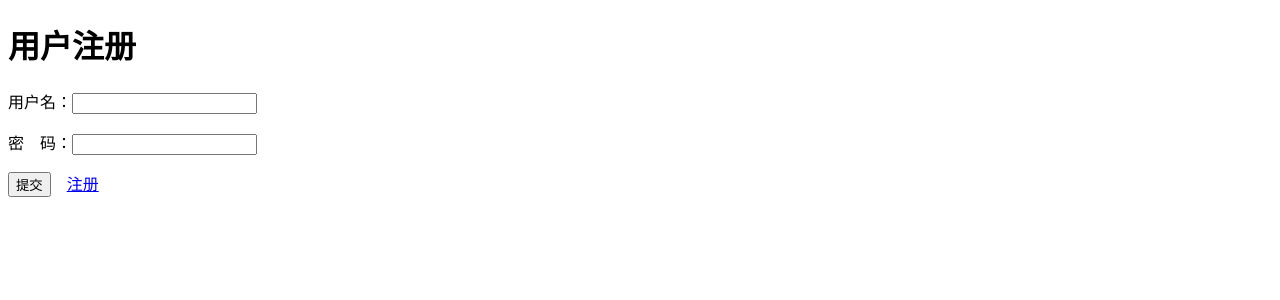
Repository: Nicoleqwerty/2018-
Page: web/hw3/WebContent/register.html
The author's editor kept a copy of each file at every save. The page is drawn from the files as they stood at one save, then again after the next save.
The browser window is 1280 px wide. The pictures show the whole page.

Above is the page before, as saved 2018-07-03 11:35:54.

### web/hw3/WebContent/register.html
<!DOCTYPE html>
<html>
<head>
<meta charset="UTF-8">
<title>Insert title here</title>
</head>
<body>
<h1>用户注册</h1>
<form action="MyServlet" method="post">
			<p align="left">
				用户名：<input name="uname" type="text">
			</p>
			<p align="left">
				密&nbsp;&nbsp;&nbsp;&nbsp;码：<input name="mm" type="password">
			</p>
			<input type="submit" value="提交">
			&nbsp;&nbsp;&nbsp;<a href="register.html" >注册</a>
		</form>
</body>
</html>

After the next save:
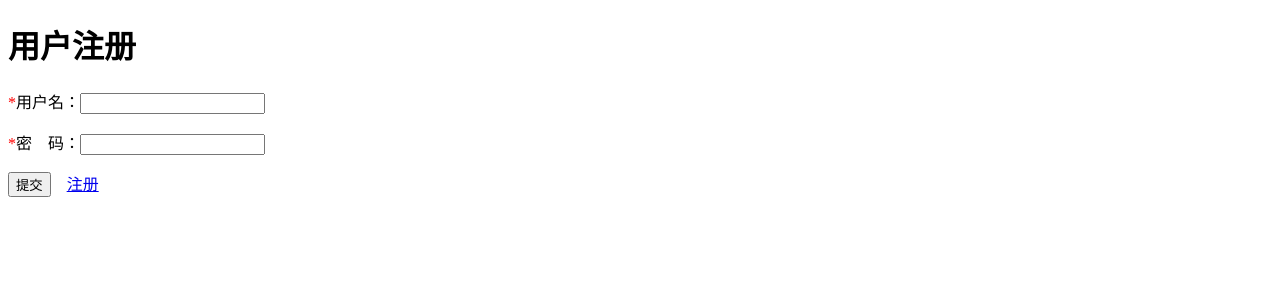
Saved 103 s later.
--- a/web/hw3/WebContent/register.html
+++ b/web/hw3/WebContent/register.html
@@ -5,16 +5,16 @@
 <title>Insert title here</title>
 </head>
 <body>
-<h1>用户注册</h1>
-<form action="MyServlet" method="post">
-			<p align="left">
-				用户名：<input name="uname" type="text">
-			</p>
-			<p align="left">
-				密&nbsp;&nbsp;&nbsp;&nbsp;码：<input name="mm" type="password">
-			</p>
-			<input type="submit" value="提交">
-			&nbsp;&nbsp;&nbsp;<a href="register.html" >注册</a>
-		</form>
+	<h1>用户注册</h1>
+	<form action="RegisterServlet" method="post">
+		<p align="left">
+			 <span style="color:red">*</span>用户名：<input name="uname" type="text">
+		</p>
+		<p align="left">
+			 <span style="color:red">*</span>密&nbsp;&nbsp;&nbsp;&nbsp;码：<input name="mm" type="password">
+		</p>
+		<input type="submit" value="提交"> &nbsp;&nbsp;&nbsp;<a
+			href="register.html">注册</a>
+	</form>
 </body>
 </html>
